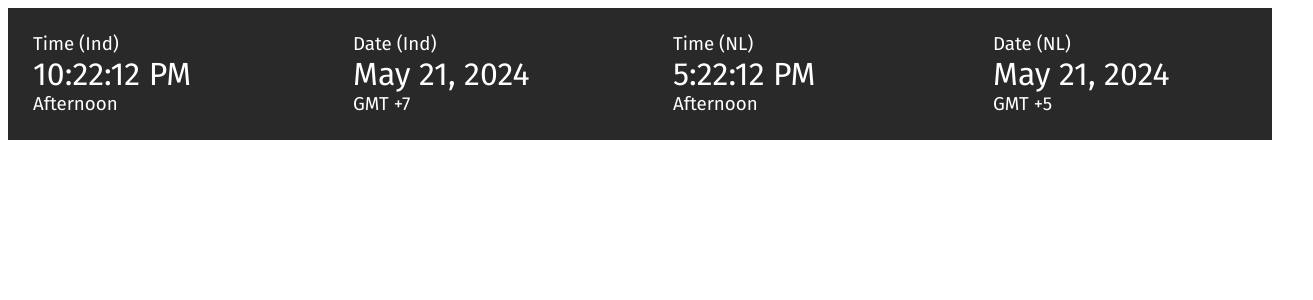
Repository: SnakeXrnt/notion-clock
Page: index.html
These files come from the project's save history. The page is drawn as it stood at one moment and after a run of saves; the edit follows.
The browser window is 1280 px wide. The page is 1313 px wide, so the pictures cover 1313 px, including what lies to the right of the window. The pictures show the whole page.

Above is the page before, as saved 2024-05-21 15:45:58.

### index.html
<!DOCTYPE html>
<html lang="en">
<head>
    <meta charset="UTF-8">
    <meta name="viewport" content="width=device-width, initial-scale=1.0">
    <title>Notion Dashboard VP</title>
    <link rel="preconnect" href="https://fonts.googleapis.com">
    <link rel="preconnect" href="https://fonts.gstatic.com" crossorigin>
    <link href="https://fonts.googleapis.com/css2?family=Fira+Sans:ital,wght@0,100;0,200;0,300;0,400;0,500;0,600;0,700;0,800;0,900;1,100;1,200;1,300;1,400;1,500;1,600;1,700;1,800;1,900&display=swap" rel="stylesheet">
    <link rel="stylesheet" href="style.css">
    <script src="script.js" defer></script>
</head>
<body>
    <div class="main">
        <div class="time">
            <div class="indonesia">
                <div class="left">
                    <h3>Time (Ind)</h3>
                    <h1 class="time-now-ind">time-now-idn</h1>
                    <h3 class="status-ind">status-ind</h3>
                </div>
                <div class="right">
                    <h3>Date (Ind)</h3>
                    <h1 class="date-now-ind">date-now-idn</h1>
                    <h3>GMT +7</h3>

                </div>
            </div>
            <div class="netherlands">
                <div class="left">
                    <h3>Time (NL)</h3>
                    <h1 class="time-now-nl">time-now-nl</h1>
                    <h3 class="status-nl">
                        status-nl
                    </h3>
                </div>
                <div class="right">
                    <h3>Date (NL)</h3>
                    <h1 class="date-now-nl">date-now-nl</h1>
                    <h3>GMT +5</h3>

                </div>
            </div>

        </div>
        <div id="weather-info">
            <!-- Weather forecast will be displayed here -->
        </div>
    </div>
</body>
</html>

### style.css
.main {
    display: flex;
    flex-direction: column;
    background-color: rgb(42, 41, 41);
    border: 2vw solid rgb(42, 41, 41);
}

.time {
    display: flex;
    width: 100%;
    justify-content: space-evenly;
}

.time .left, .right {
    width: 25vw;
    height: max-content;
    justify-content: space-evenly;

}

.time .indonesia, .netherlands {
    display: flex;
}



.time h1, h2, h3 {
    margin: 0px;
    font-family: "Fira Sans", sans-serif;
    font-weight: 400;
    font-style: normal;
    color: white;
}

body {
    overflow-x: hidden;
}

@media screen and (max-width: 768px) {
    .time {
        display: flex;
        flex-direction: column  ;
    }

    .time .left, .right {
        width: 50vw;
        height: max-content;
        justify-content: space-evenly;
        padding-bottom: 2vh;

    }

    .time h1{
        font-size: 4vh;
    }

    .time h3{
        font-size: 2vh;
    }


}

### script.js
document.addEventListener("DOMContentLoaded", function() {
    function getStatus(time) {
        let status = '';
        const hour = time.getHours();

        if (hour >= 5 && hour < 7) {
            status = 'Dawn';
        } else if (hour >= 7 && hour < 12) {
            status = 'Morning';
        } else if (hour >= 12 && hour < 15) {
            status = 'Mid-day';
        } else if (hour >= 15 && hour < 18) {
            status = 'Afternoon';
        } else if (hour >= 18 && hour < 21) {
            status = 'Evening';
        } else {
            status = 'Mid-night';
        }

        return status;
    }

    function updateTimeAndDate(countryCode, timeElementClass, dateElementClass, statusElementClass) {
        const now = new Date();
        const options = { timeZone: countryCode };
        const timeElement = document.querySelector('.' + timeElementClass);
        const dateElement = document.querySelector('.' + dateElementClass);
        const statusElement = document.querySelector('.' + statusElementClass);

        timeElement.textContent = now.toLocaleTimeString('en-US', options);
        dateElement.textContent = now.toLocaleDateString('en-US', {
            month: 'long',
            day: 'numeric',
            year: 'numeric'
        }, options);

        const status = getStatus(now);
        statusElement.textContent = status;
    }

    function updateEverySecond() {
        // Update time, date, and status for Indonesia
        updateTimeAndDate('Asia/Jakarta', 'time-now-ind', 'date-now-ind', 'status-ind');

        // Update time, date, and status for Netherlands
        updateTimeAndDate('Europe/Amsterdam', 'time-now-nl', 'date-now-nl', 'status-nl');
    }

    // Update every second
    setInterval(updateEverySecond, 1000);

    // Initial update
    updateEverySecond();
});

After the next 3 saves:
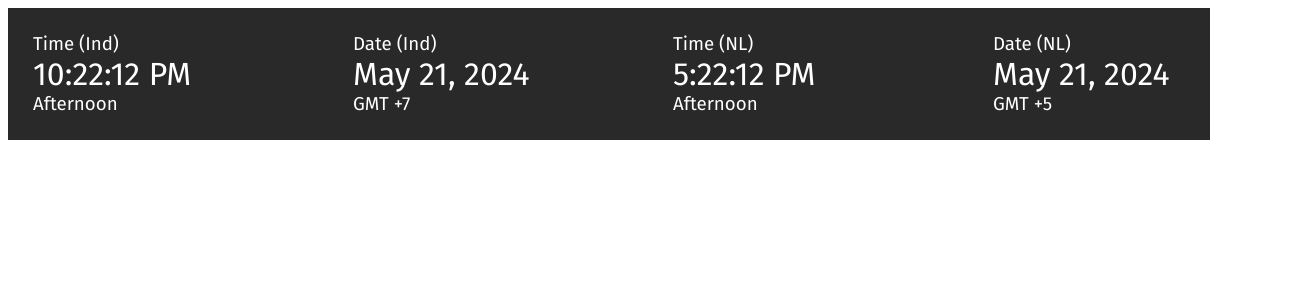
The 3 saves are shown as one change because they came seconds apart.
The last was saved 45 s later.
--- a/style.css
+++ b/style.css
@@ -3,6 +3,7 @@
     flex-direction: column;
     background-color: rgb(42, 41, 41);
     border: 2vw solid rgb(42, 41, 41);
+    width: 90vw;
 }
 
 .time {
